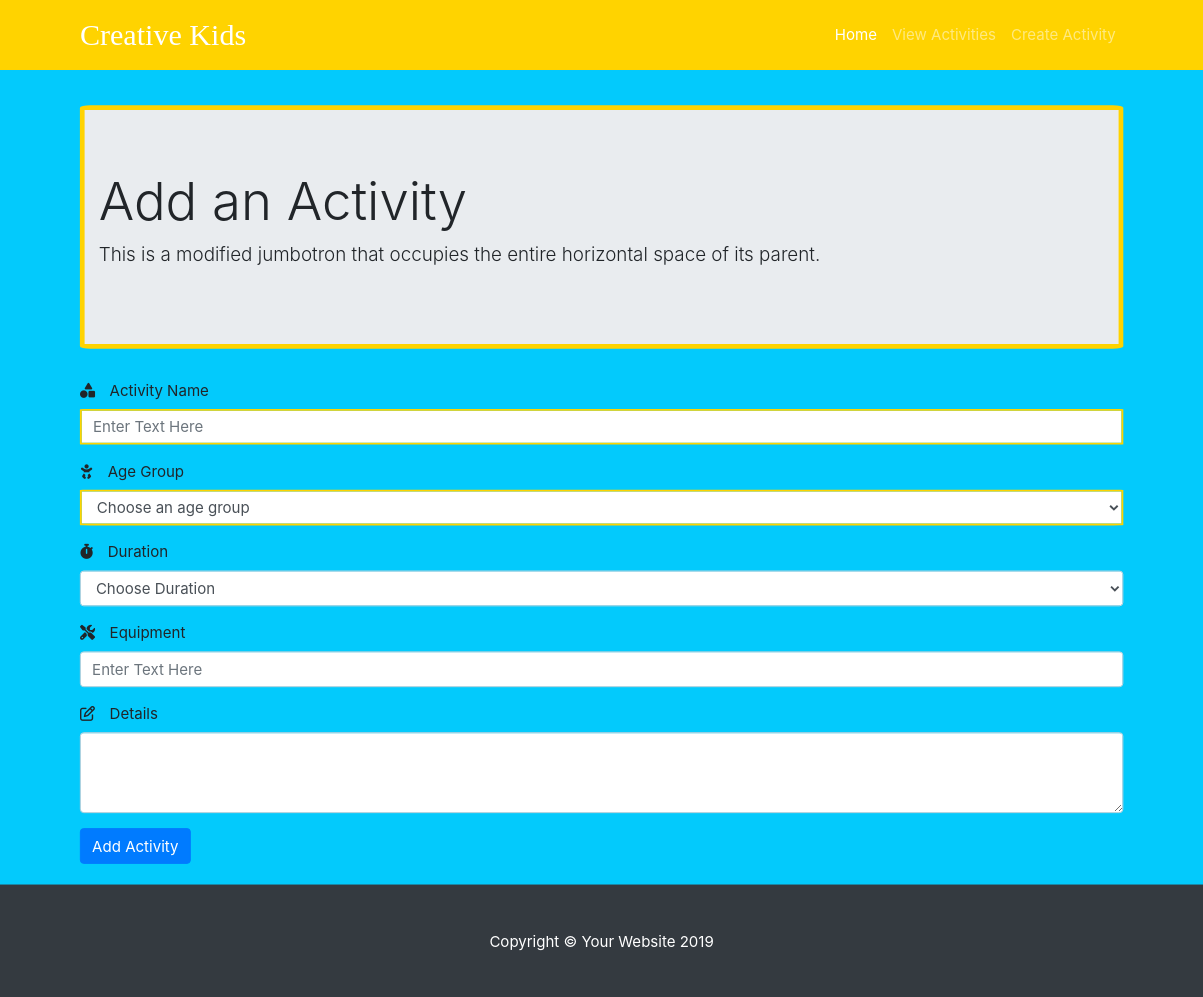
Repository: Neilfoster/milestone_project_3
Page: http://localhost/add_activity
The author's editor kept a record of every edit. The page is drawn from the files as they stood at one moment, then again after the next edit.
The browser window is 1280 px wide. The pictures show the whole page, at 94% of full size.
Some web fonts or font styles are not loaded; a fallback is used. Some web libraries are served in a nearby version. The page is served by the project's application, run on Flask 3 (app.py). Queries for data that is not in the repository find no rows.

Above is the page before.

After the next edit:
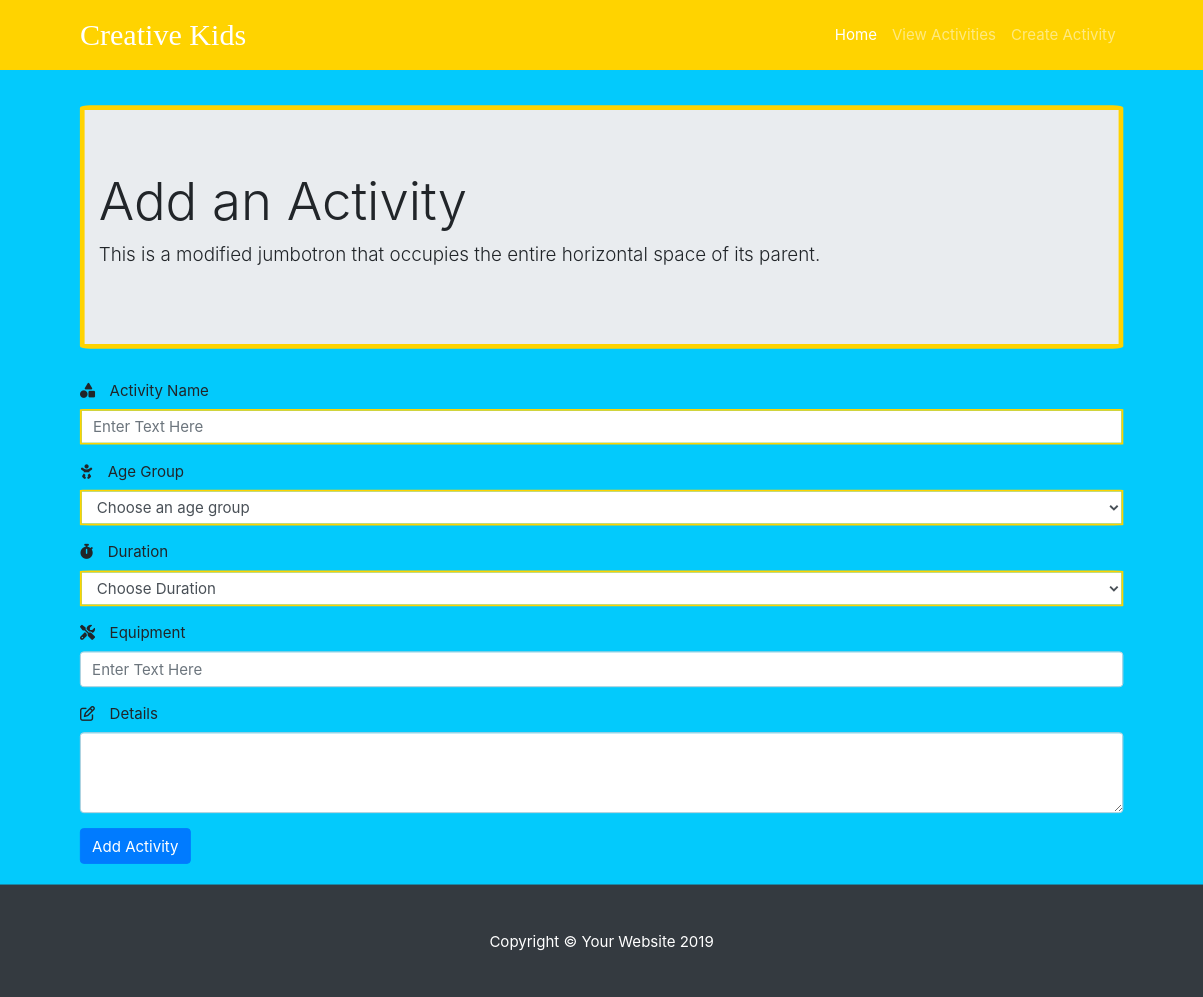
The edit:
--- a/templates/add_activity.html
+++ b/templates/add_activity.html
@@ -28,7 +28,7 @@
         <div class="form-group">
             <i class="fas fa-stopwatch "></i>
             <label class="forum_text" for="activity_duration">Duration</label>
-            <select class="form-control" id="activity_duration" name="activity_duration" required>
+            <select class="form-control add_forum" id="activity_duration" name="activity_duration" required>
                 <option value="" disabled selected>Choose Duration</option>
                 {% for duration in durations %}
                  <option value="{{duration.activity_duration.capitalize()}}">{{duration.activity_duration.capitalize()}}</option>
